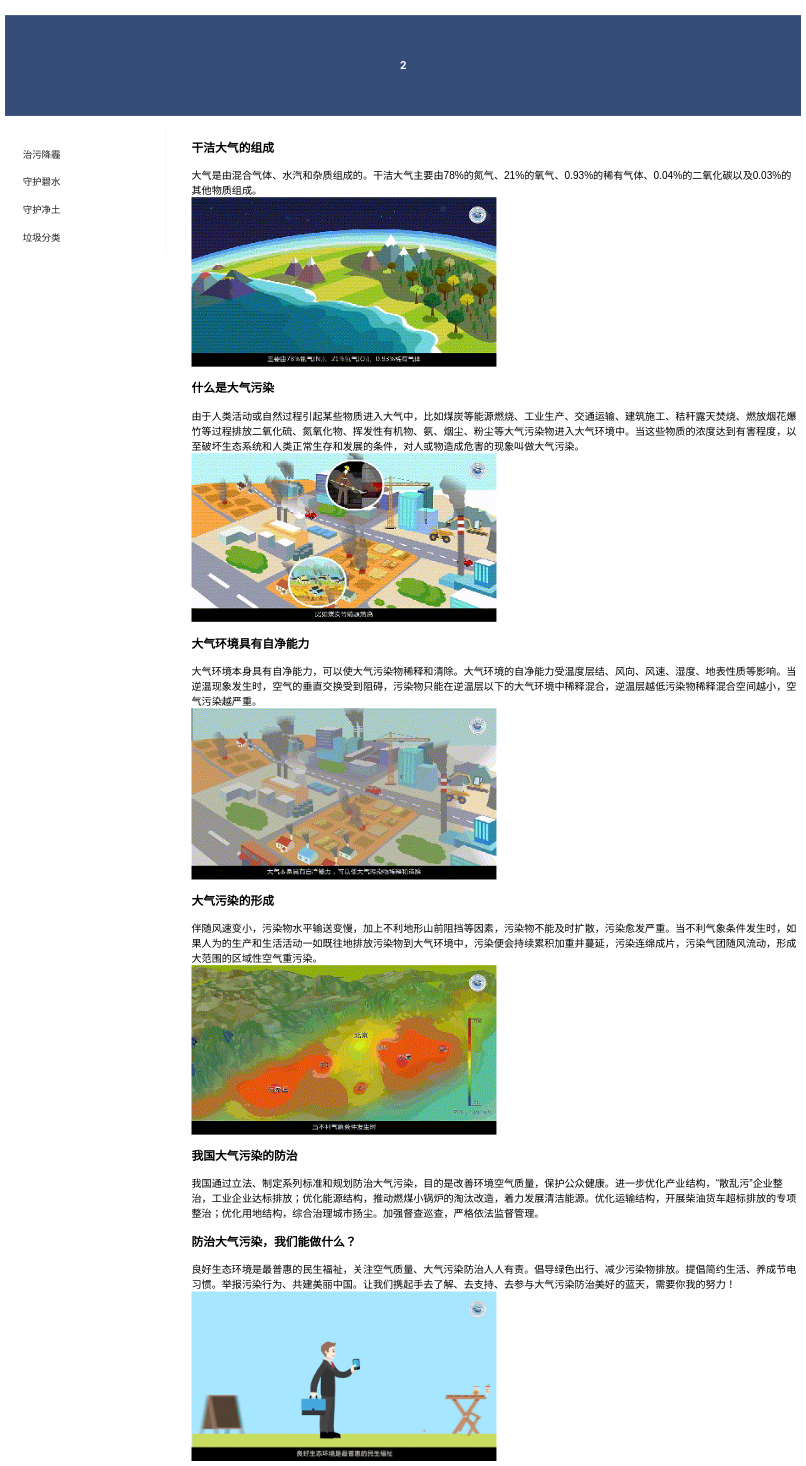
Repository: samllbin/summerWeb
Page: /
These files come from the project's save history. The page is drawn as it stood at one moment and after the next save; the edit follows.
The browser window is 1280 px wide. The pictures show the whole page, at 63% of full size.
The project was rebuilt for these pictures with package versions that can differ from the ones it lists, and the page was loaded fresh each time. Also part of the build but not shown: vite.config.js, components/menu/config.js, components/article/index.module.css, components/article/index.jsx.

Above is the page before, as saved 2024-07-22 16:45:02.

After the next save:
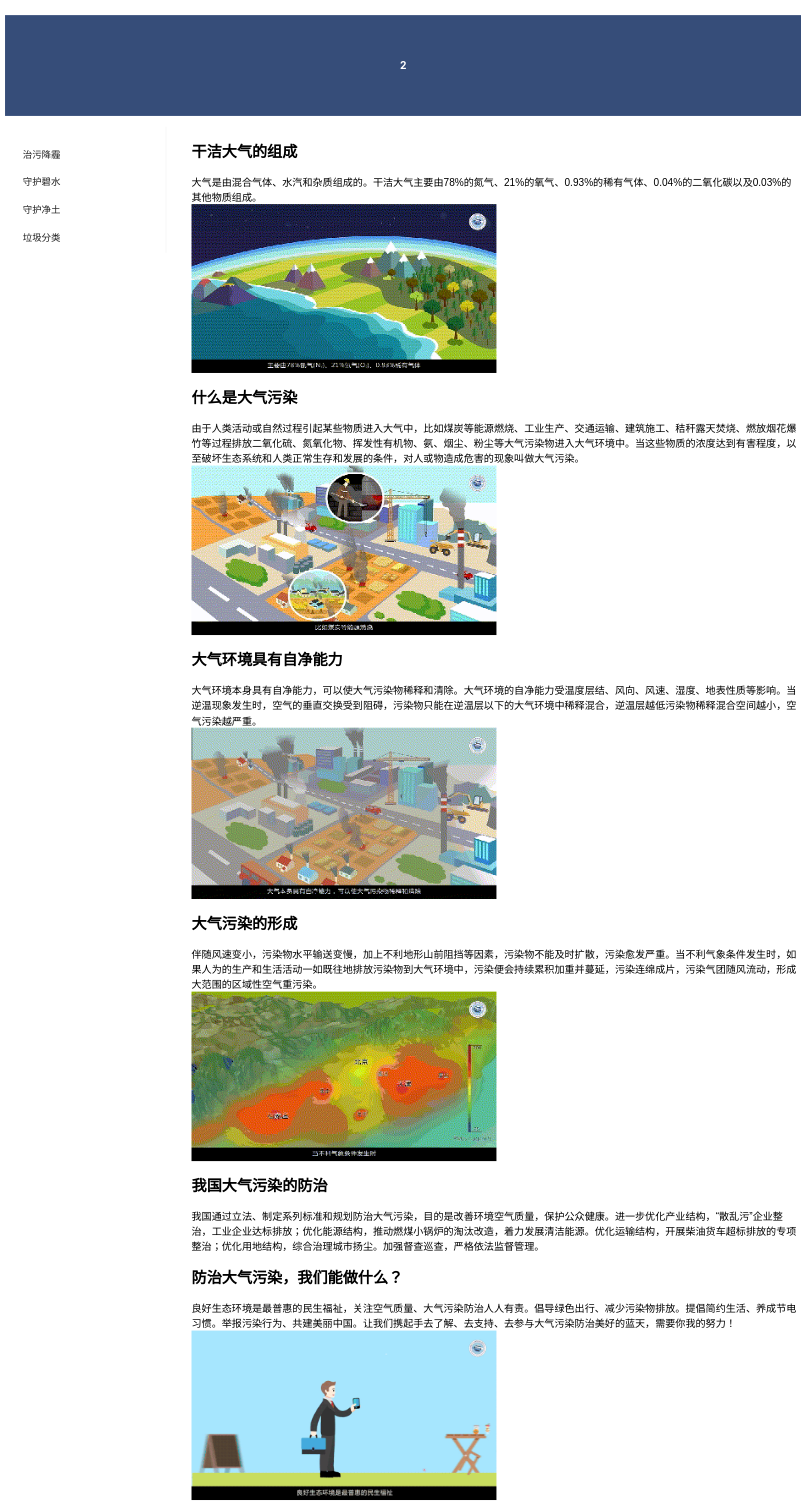
Saved 17 s later.
--- a/components/content/index.jsx
+++ b/components/content/index.jsx
@@ -12,7 +12,7 @@ export default function Content() {
         ?.value.map((item, index) => {
           return (
             <div key={index} className={style.text}>
-              <h3 className={style.title}>{item?.subTitle}</h3>
+              <h2 className={style.title}>{item?.subTitle}</h2>
               <div className={style.content}>{item.content}</div>
               <img src={item.imageURL} alt="" className={style.image} />
             </div>
